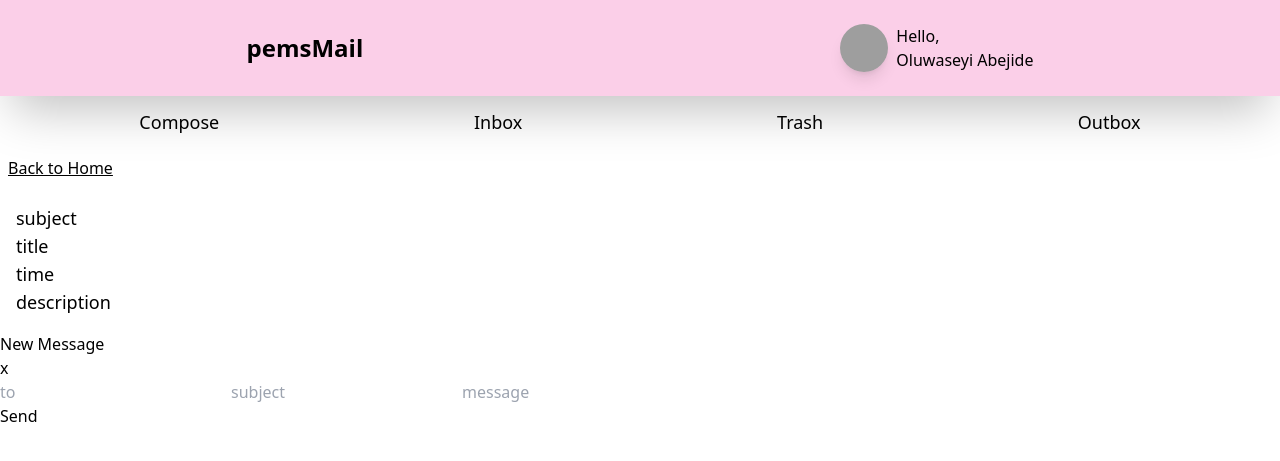
Repository: Semanmernstack/mailclone
Page: /mail
The author's editor kept a copy of each file at every save. The page is drawn from the files as they stood at one save, then again after the next save.
The browser window is 1280 px wide. The pictures show the whole page.
Pictures or frames that could not be fetched are drawn as grey boxes. The project was rebuilt for these pictures with package versions that can differ from the ones it lists, and the page was loaded fresh each time. Also part of the build but not shown: src/features/counter/Counter.module.css, src/features/counter/Counter.js, src/OpenRow.js, src/Open.js.

Above is the page before, as saved 2023-01-16 03:43:10.

### src/App.js
import React from 'react';

import { Counter } from './features/counter/Counter';
import Header from './Header';
import {
  BrowserRouter,
  Routes,
  Route,
} from "react-router-dom";
import Open from './Open';
import Topbar from './Topbar';
import Mail from './Mail';
import SendMail from './SendMail';


function App() {
  return (
    <div className="App">

      <BrowserRouter>

        <Header/>
        <Topbar/>
        <Routes>
        <Route exact path="mail" element={<Mail/>} />
          <Route exact path="/" element={<Open/>} />
        </Routes>
        <SendMail/>
      </BrowserRouter>

    </div>
  );
}

export default App;

### src/features/counter/counterSlice.js
import { createAsyncThunk, createSlice } from '@reduxjs/toolkit';
import { fetchCount } from './counterAPI';

const initialState = {
  value: 0,
  status: 'idle',
};

// The function below is called a thunk and allows us to perform async logic. It
// can be dispatched like a regular action: `dispatch(incrementAsync(10))`. This
// will call the thunk with the `dispatch` function as the first argument. Async
// code can then be executed and other actions can be dispatched. Thunks are
// typically used to make async requests.
export const incrementAsync = createAsyncThunk(
  'counter/fetchCount',
  async (amount) => {
    const response = await fetchCount(amount);
    // The value we return becomes the `fulfilled` action payload
    return response.data;
  }
);

export const counterSlice = createSlice({
  name: 'counter',
  initialState,
  // The `reducers` field lets us define reducers and generate associated actions
  reducers: {
    increment: (state) => {
      // Redux Toolkit allows us to write "mutating" logic in reducers. It
      // doesn't actually mutate the state because it uses the Immer library,
      // which detects changes to a "draft state" and produces a brand new
      // immutable state based off those changes
      state.value += 1;
    },
    decrement: (state) => {
      state.value -= 1;
    },
    // Use the PayloadAction type to declare the contents of `action.payload`
    incrementByAmount: (state, action) => {
      state.value += action.payload;
    },
  },
  // The `extraReducers` field lets the slice handle actions defined elsewhere,
  // including actions generated by createAsyncThunk or in other slices.
  extraReducers: (builder) => {
    builder
      .addCase(incrementAsync.pending, (state) => {
        state.status = 'loading';
      })
      .addCase(incrementAsync.fulfilled, (state, action) => {
        state.status = 'idle';
        state.value += action.payload;
      });
  },
});

export const { increment, decrement, incrementByAmount } = counterSlice.actions;

// The function below is called a selector and allows us to select a value from
// the state. Selectors can also be defined inline where they're used instead of
// in the slice file. For example: `useSelector((state: RootState) => state.counter.value)`
export const selectCount = (state) => state.counter.value;

// We can also write thunks by hand, which may contain both sync and async logic.
// Here's an example of conditionally dispatching actions based on current state.
export const incrementIfOdd = (amount) => (dispatch, getState) => {
  const currentValue = selectCount(getState());
  if (currentValue % 2 === 1) {
    dispatch(incrementByAmount(amount));
  }
};

export default counterSlice.reducer;

### src/Header.js
import React from 'react'

function Header() {
  return (
    <div className="flex items-center justify-around p-2     h-24 bg-pink-200 border-b-pink-800 shadow-2xl">
        <div>
            <h1 className="text-lg md:text-2xl font-semibold">pemsMail</h1>

        </div>
        <div className="flex items-center justify-evenly">

            <img className="h-12 w-12 rounded-full shadow-lg" src="https://cdn.pixabay.com/photo/2022/12/01/12/26/countryside-7629017__340.jpg" alt="pic" />
            <div className="ml-2">
                <p>Hello,</p>
                <p>Oluwaseyi Abejide</p>
            </div>
        </div>
    </div>
  )
}

export default Header

### src/Topbar.js
import React from 'react'

function Topbar() {
  return (
    <div className="flex items-center justify-around text-lg p-3">
        <div className='hover:underline hover:text-red-900 hover:text-2xl'>
            <p>Compose</p>
        </div>
        <div className='hover:underline hover:text-red-900 hover:text-2xl'>
            <p>Inbox</p>
        </div>
        <div className='hover:underline hover:text-red-900 hover:text-2xl'>
            <p>Trash</p>
        </div>
        <div className='hover:underline hover:text-red-900 hover:text-2xl'>
            <p>Outbox</p>
        </div>
    </div>
  )
}

export default Topbar

### src/Mail.js
import React from 'react'

function Mail() {
  return (
    <div className="flex flex-col">
        <div>
            <p className='p-2 cursor-pointer  hover:text-rose-900 underline'>Back to Home</p>
        </div>
        <div className="flex flex-col text-lg p-4 ">
           <div>
                <p>subject</p>
                <p>title</p>
                <p>time</p>

            </div>
            <div>
                <p>description</p>
            </div>

        </div>
    </div>
  )
}

export default Mail

### src/SendMail.js
import React from 'react'
import { useForm } from "react-hook-form";

function SendMail() {
    const { register, handleSubmit, formState: { errors } } = useForm();
    const onSubmit = (formData) => {}
  return (
    <div className=" bottom-0">
            <div className="">
                <h3>New Message</h3>
                <button   >x</button>
            </div>
            <form onSubmit={handleSubmit(onSubmit)} >
                <input type="emails"
                    placeholder='to'
                    {...register("to", { required: true })}

                />
                {errors.to && <p className=''>To is Requred</p>}

                <input type="text"
                    placeholder='subject'
                    {...register("subject", { required: true })}

                />
                {errors.subject && <p className=''>Subject is Requred</p>}


                <input type="text"
                    placeholder='message'
                    className=''
                    {...register("message", { required: true })}
                />
                {errors.message && <p className=''>message is Requred</p>}


                <div className="">
                    <button>Send</button>
                </div>
            </form>

        </div>
  )
}

export default SendMail

Loaded but not shown: public/index.html (common file); src/index.js (common file); src/app/store.js (common file); src/reportWebVitals.js (common file); src/index.css (common file); src/features/counter/counterAPI.js (common file); tailwind.config.js (common file)

After the next save:
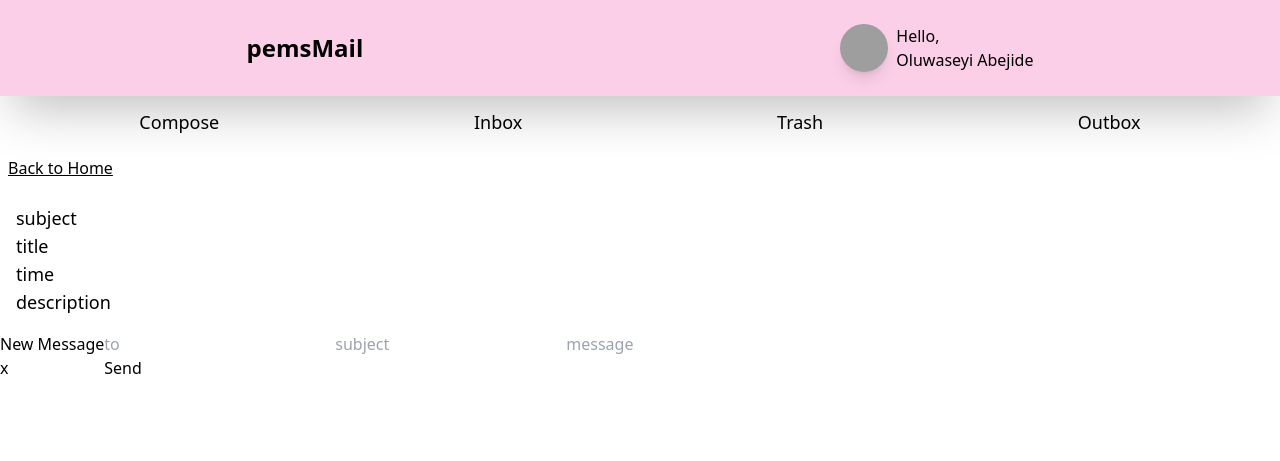
Saved 72 s later.
--- a/src/SendMail.js
+++ b/src/SendMail.js
@@ -5,7 +5,7 @@
     const { register, handleSubmit, formState: { errors } } = useForm();
     const onSubmit = (formData) => {}
   return (
-    <div className=" bottom-0">
+    <div className=" flex">
             <div className="">
                 <h3>New Message</h3>
                 <button   >x</button>

After the save that followed:
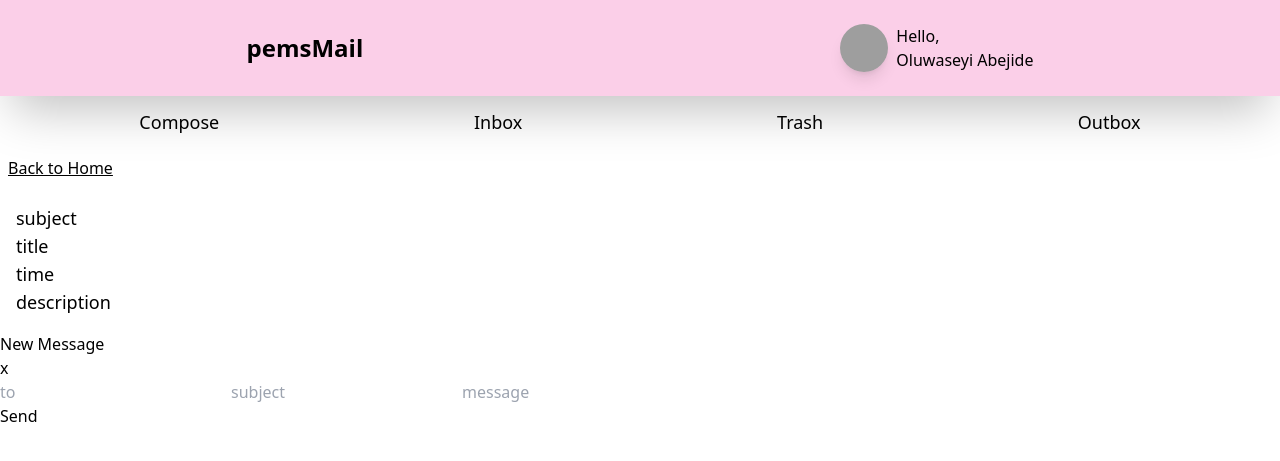
Saved 8 s later.
--- a/src/SendMail.js
+++ b/src/SendMail.js
@@ -5,7 +5,7 @@
     const { register, handleSubmit, formState: { errors } } = useForm();
     const onSubmit = (formData) => {}
   return (
-    <div className=" flex">
+    <div className=" flex flex-col">
             <div className="">
                 <h3>New Message</h3>
                 <button   >x</button>
